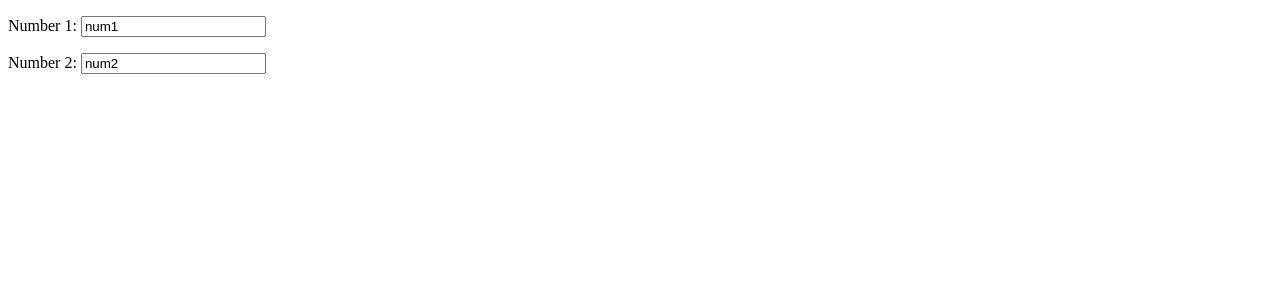
Repository: GuptaReena/Java-Spring
Page: AddWebProject/src/main/webapp/Add.html
An editor plug-in stored every save of this project. The page is shown before and after the next save, followed by the edit.
The browser window is 1280 px wide. The pictures show the whole page.

Above is the page before, as saved 2024-07-12 10:02:34.

### AddWebProject/src/main/webapp/Add.html
<!DOCTYPE html>
<html>
<head>
<meta charset="UTF-8">
<title>ADD</title>
</head>
<body>

	<form>
		<p>Number 1: <input type="text" value="num1" placeholder="Enter First Number"></p>
		<p>Number 2: <input type="text" value="num2" placeholder="Enter Second Number"></p>

	</form>


</body>
</html>

After the next save:
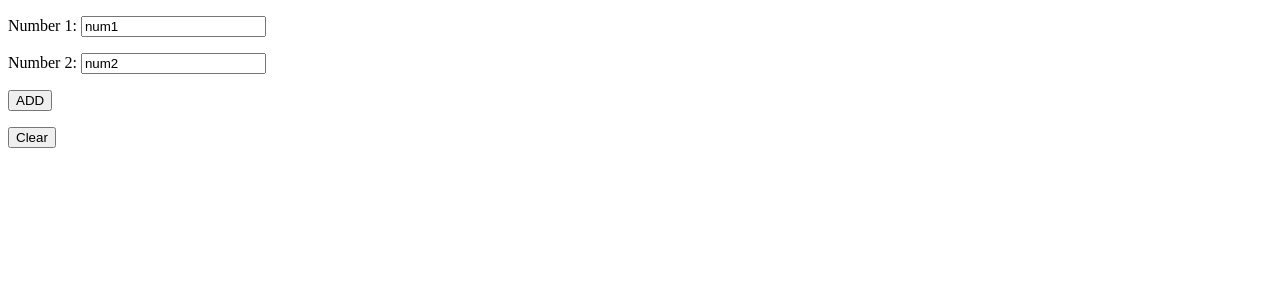
Saved 52 s later.
--- a/AddWebProject/src/main/webapp/Add.html
+++ b/AddWebProject/src/main/webapp/Add.html
@@ -10,6 +10,8 @@
 		<p>Number 1: <input type="text" value="num1" placeholder="Enter First Number"></p>
 		<p>Number 2: <input type="text" value="num2" placeholder="Enter Second Number"></p>
 
+		<p><button value="submit">ADD</button> <p><button value="reset">Clear</button></p></p>
+
 	</form>
 
 
